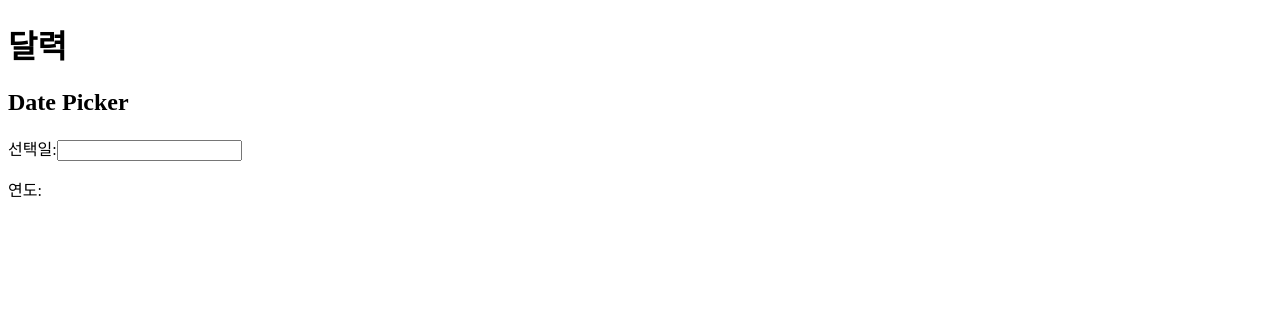
Repository: jeongho97/JQuery
Page: picker/WebContent/index.html
The author's editor kept a copy of each file at every save. The page is drawn from the files as they stood at one save, then again after the next save.
The browser window is 1280 px wide. The pictures show the whole page.

Above is the page before, as saved 2022-05-13 06:27:30.

After the next save:
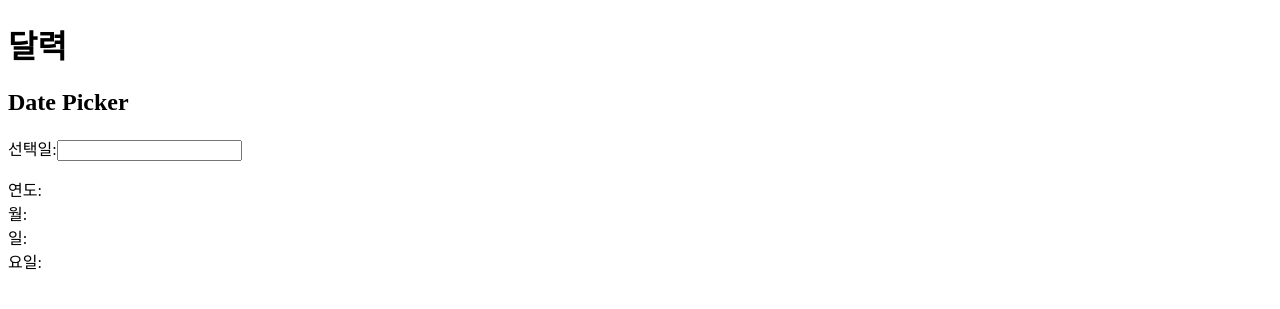
Saved 115 s later.
--- a/picker/WebContent/index.html
+++ b/picker/WebContent/index.html
@@ -19,6 +19,9 @@
 <p>선택일:<input type="text" id="date"></p>
 
 연도:<span id="year"></span><br>
+월:<span id="month"></span><br>
+일:<span id="day"></span><br>
+요일:<span id="week"></span><br>
 
 <script type="text/javascript">
 $(document).ready(function() {
@@ -33,6 +36,10 @@ $(document).ready(function() {
 			alert(d);
 
 			let arr=d.split('/');
+
+			$("#year").val(arr[0]);
+			$("#month").val(arr[1]);
+			$("#day").val(arr[2]);
 		}
 
 	});
